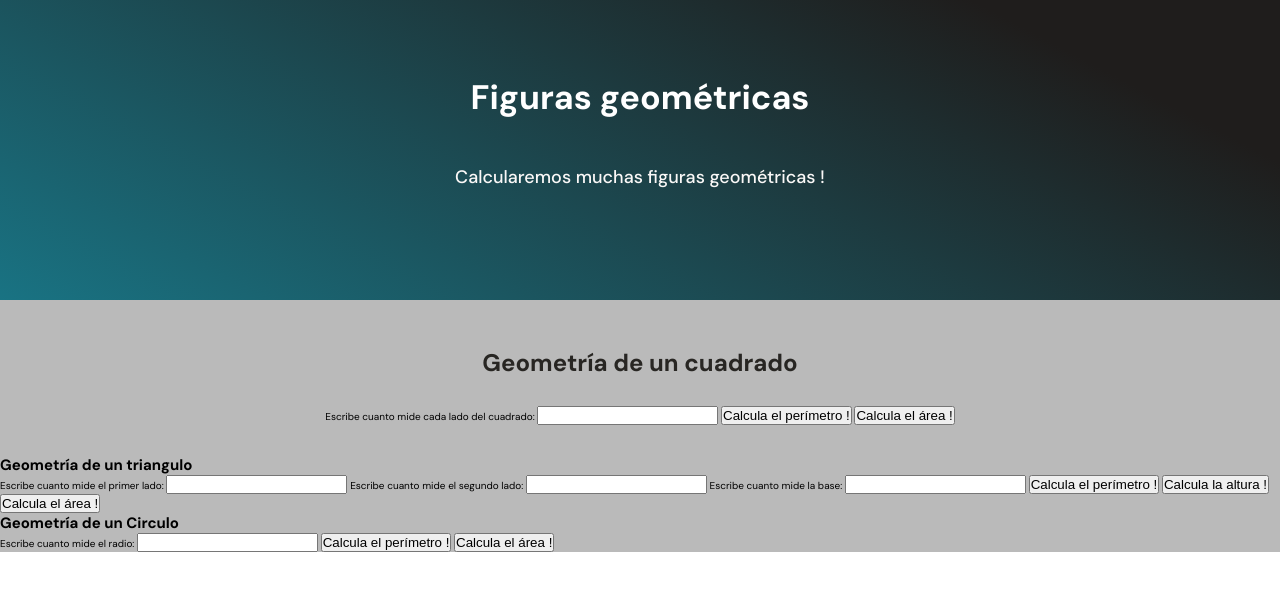
Repository: ChristianGecchelin/javascript-project
Page: javascript-project/figuras-geometricas/figuras.html
An editor plug-in stored every save of this project. The page is shown before and after the next save, followed by the edit.
The browser window is 1280 px wide. The pictures show the whole page.

Above is the page before, as saved 2021-12-01 22:48:19.

### javascript-project/figuras-geometricas/figuras.html
<!DOCTYPE html>
<html lang="en">
  <head>
    <meta charset="UTF-8" />
    <meta http-equiv="X-UA-Compatible" content="IE=edge" />
    <meta name="viewport" content="width=device-width, initial-scale=1.0" />
    <title>Figuras geométricas | Proyecto 1</title>
    <link rel="preconnect" href="https://fonts.googleapis.com" />
    <link rel="preconnect" href="https://fonts.gstatic.com" crossorigin />
    <link
      href="https://fonts.googleapis.com/css2?family=DM+Sans:wght@400;500;700&family=Inter:wght@300;500&display=swap"
      rel="stylesheet"
    />
    <link rel="stylesheet" href="./style.css" />
  </head>
  <body>
    <header>
      <div class="header--title-container">
        <h1>Figuras geométricas</h1>
        <p>Calcularemos muchas figuras geométricas !</p>
      </div>
    </header>
    <main>
      <section class="main-calculadora-contenedor">
        <h2 class="main-calculadora-contenedor--title">
          Geometría de un cuadrado
        </h2>
        <div class="main-calculadora-form-contenedor">
          <form action="">
            <label for="">Escribe cuanto mide cada lado del cuadrado:</label>
            <input type="number" id="inputCuadrado" />
            <button type="button" onclick="calcularPerimetroCuadrado()">
              Calcula el perímetro !
            </button>
            <button type="button" onclick="calcularAreaCuadrado()">
              Calcula el área !
            </button>
            <!-- type button, para quitarle el submit por defecto y que no me redireccione a ningun lado -->
          </form>
        </div>
      </section>
      <section>
        <h2>Geometría de un triangulo</h2>
        <form action="">
          <label for="">Escribe cuanto mide el primer lado:</label>
          <input type="number" id="inputLado1" />
          <label for="">Escribe cuanto mide el segundo lado:</label>
          <input type="number" id="inputLado2" />
          <label for="">Escribe cuanto mide la base:</label>
          <input type="number" id="inputBase" />
          <button type="button" onclick="calcularPerimetroTriangulo()">
            Calcula el perímetro !
          </button>
          <button type="button" onclick="calcularAlturaTriangulo()">
            Calcula la altura !
          </button>
          <button type="button" onclick="calcularAreaTriangulo()">
            Calcula el área !
          </button>
          <!-- type button, para quitarle el submit por defecto y que no me redireccione a ningun lado -->
        </form>
      </section>
      <section>
        <h2>Geometría de un Circulo</h2>
        <form action="">
          <label for="">Escribe cuanto mide el radio:</label>
          <input type="number" id="inputRadio" />
          <button type="button" onclick="calcularPerimetroCirculo()">
            Calcula el perímetro !
          </button>
          <button type="button" onclick="calcularAreaCirculo()">
            Calcula el área !
          </button>
          <!-- type button, para quitarle el submit por defecto y que no me redireccione a ningun lado -->
        </form>
      </section>
    </main>
    <script src="./figurasConFunciones.js"></script>
  </body>
</html>

### javascript-project/figuras-geometricas/style.css
:root {
  --Dark-lightblue: #197383;
  --soft-orange: #ffe9d5;
  --secondary-blue: #1a9af7;
  --soft-blue: #e7f5ff;
  --warm-black: #201e1c;
  --black: #282623;
  --grey: #bababa;
  --off-white: #faf8f7;
  --just-white: #fff;
}
* {
  box-sizing: border-box;
  margin: 0;
  padding: 0;
}
html {
  font-size: 62.5%;
  font-family: "DM Sans", sans-serif;
}
header {
  position: relative;
  display: flex;
  flex-direction: column;
  justify-content: center;
  width: 100%;
  min-width: 320px;
  height: 300px;
  text-align: center;
  background: linear-gradient(207.8deg, #1f1d1c 16.69%, #197383 100%);
}
header .header--title-container {
  width: 90%;
  min-width: 288px;
  max-width: 900px;
  height: 200px;
  text-align: center;
  align-self: center;
}
header .header--title-container h1 {
  margin-top: 30px;
  margin-bottom: 50px;
  font-size: 3.4rem;
  font-weight: 700;
  line-height: 3.6rem;
  color: var(--just-white);
}
header .header--title-container p {
  font-size: 1.8rem;
  font-weight: 500;
  line-height: 2.2rem;
  color: var(--off-white);
}
main {
  width: 100%;
  height: auto;
  background-color: var(--grey);
  min-width: 320px;
}
.main-calculadora-contenedor {
  width: 90%;
  min-width: 280px;
  height: auto;
  margin: 0 auto;
  padding-top: 50px;
  padding-bottom: 30px;
  text-align: center;
}
.main-calculadora-contenedor--title {
  margin-bottom: 30px;
  font-size: 2.4rem;
  font-weight: 700;
  line-height: 2.6rem;
  color: var(--black);
}
.main-calculadora-form-contenedor {
  height: auto;
}

### javascript-project/figuras-geometricas/figurasConFunciones.js
/* Codigo del cuadrado */
console.group("Cuadrado");
function perimetroCuadrado(lado) {
  return lado * 4;
}
/* console.log(`Perimetro del cuadrado es: ${perimetroCuadrado} cm.`); */
function areaCuadrado(lado) {
  return (
    lado ** 2
  ); /* debe estar escrito de igual manera el parametro que el return */
}

/* console.log(`El area del cuadrado es: ${areaCuadrado} cm^2.`); */
console.groupEnd();

/* Codigo del triangulo */
console.group("Triangulo");

function perimetroTriangulo(lado1, lado2, base) {
  return lado1 + lado2 + base;
}
function calcularAltura(lado1, lado2, lado3) {
  let ladosIguales;
  let ladoBase;
  let altura;

  if (
    lado1 + lado2 <= lado3 ||
    lado1 + lado3 <= lado2 ||
    lado2 + lado3 <= lado1
  ) {
    alert(
      "En un triangulo la base no puede ser mayor a la suma de sus catetos"
    );
  } else {
    switch (true) {
      case lado1 === lado2:
        ladosIguales = lado1;
        ladoBase = lado3;
        break;
      case lado1 === lado3:
        ladosIguales = lado1;
        ladoBase = lado2;
        break;
      case lado3 === lado2:
        ladosIguales = lado2;
        ladoBase = lado1;
        break;
    }
    if (!ladosIguales) {
      alert("Tu triangulo no es isosceles, ingresa la altura");
    } else {
      altura = Math.sqrt(ladosIguales ** 2 - ladoBase ** 2 / 4);
    }
  }
  return ladosIguales, ladoBase, altura;
}
function areaTriangulo(ladoBase, altura) {
  return (
    (ladoBase * altura) / 2
  ); /* tengo que llamar a la funcion altura para pasarle el dato */
}
console.groupEnd();

//Codigo Circulo
console.group("Circulo");
function diametroCirculo(radio) {
  return radio * 2;
}
const pi = Math.PI;
function circunferencia(radio) {
  const diametro = diametroCirculo(radio);
  /* llamo a una funcion dentro de otra y creo una variable que tiene alcance local */
  return diametro * pi;
}
function superficieCirculo(radio) {
  return pi * radio ** 2;
}

console.groupEnd();
/* Creo una funcion, que a traves del id obtengo lo que el usuario ingreso en el input. y con eso le saco el value que le paso
a la funcion que cree antes y es la encargada de hacer el calculo para luego mostrarse en un aler */
function calcularPerimetroCuadrado() {
  const input = document.getElementById("inputCuadrado");
  const value = input.value;
  const perimetro = perimetroCuadrado(value);
  alert(perimetro);
}
function calcularAreaCuadrado() {
  const input = document.getElementById("inputCuadrado");
  const value = input.value;
  const area = areaCuadrado(value);
  alert(area);
}

function calcularPerimetroTriangulo() {
  const inputLado1 = document.getElementById("inputLado1");
  const valueLado1 = Number(inputLado1.value);
  const inputLado2 = document.getElementById("inputLado2");
  const valueLado2 = Number(inputLado2.value);
  const inputBase = document.getElementById("inputBase");
  const valueBase = Number(inputBase.value);
  /* Es importante ponerle number porque por mas que el input tenga type number, este lo transforma como un string */
  const perimetro = perimetroTriangulo(valueLado1, valueLado2, valueBase);
  alert(perimetro);
}

function calcularAlturaTriangulo() {
  const inputLado1 = document.getElementById("inputLado1");
  const valueLado1 = Number(inputLado1.value);
  const inputLado2 = document.getElementById("inputLado2");
  const valueLado2 = Number(inputLado2.value);
  const inputBase = document.getElementById("inputBase");
  const valueBase = Number(inputBase.value);
  const alturaTriangulo = calcularAltura(valueLado1, valueLado2, valueBase);
  alert(alturaTriangulo);
}

function calcularAreaTriangulo() {
  /* const inputAltura = document.getElementById("inputAltura");
  const valueAltura = Number(inputAltura.value);
  const inputBase = document.getElementById("inputBase");
  const valueBase = inputBase.value;
  const area = areaTriangulo(valueAltura, valueBase);
  alert(area); */
  const inputLado1 = document.getElementById("inputLado1");
  const valueLado1 = Number(inputLado1.value);
  const inputLado2 = document.getElementById("inputLado2");
  const valueLado2 = Number(inputLado2.value);
  const inputBase = document.getElementById("inputBase");
  const valueBase = Number(inputBase.value);
  const altura = calcularAltura(valueLado1, valueLado2, valueBase);
  const area = areaTriangulo(valueBase, altura);
  alert(area);
}

function calcularPerimetroCirculo() {
  const inputRadio = document.getElementById("inputRadio");
  const valueRadio = inputRadio.value;
  const perimetro = circunferencia(valueRadio);
  alert(perimetro);
}
function calcularAreaCirculo() {
  const inputRadio = document.getElementById("inputRadio");
  const valueRadio = inputRadio.value;
  const superficie = superficieCirculo(valueRadio);
  alert(superficie);
}

After the next save:
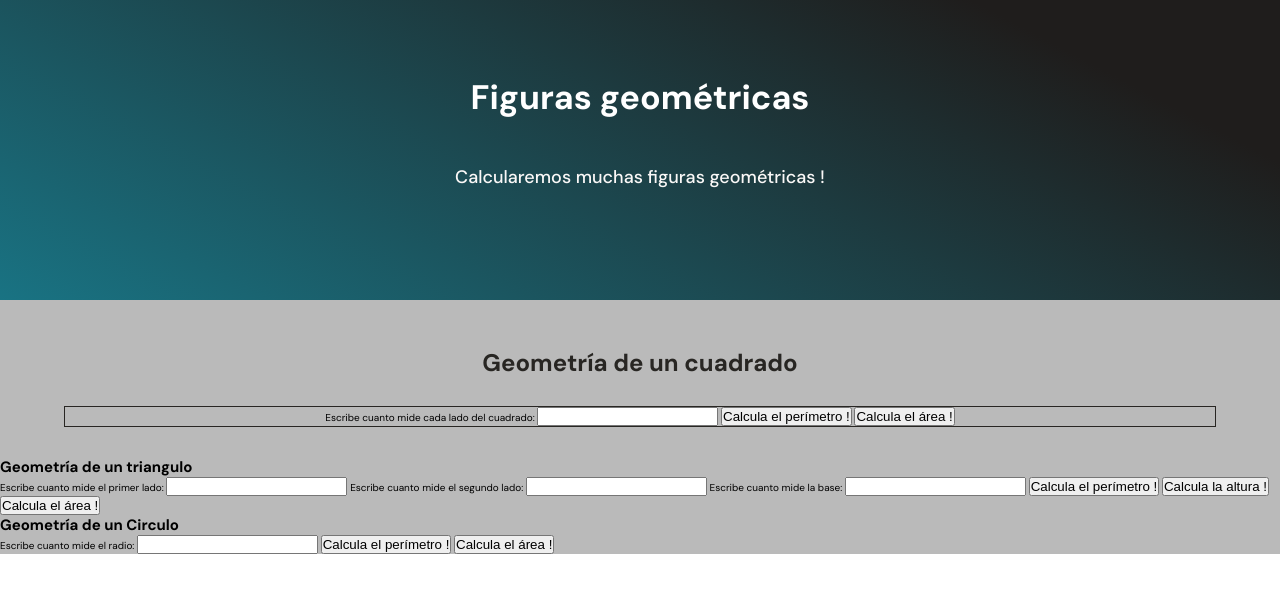
Saved 30 s later.
--- a/javascript-project/figuras-geometricas/style.css
+++ b/javascript-project/figuras-geometricas/style.css
@@ -75,4 +75,5 @@ main {
 }
 .main-calculadora-form-contenedor {
   height: auto;
+  border: 1px solid var(--black);
 }
